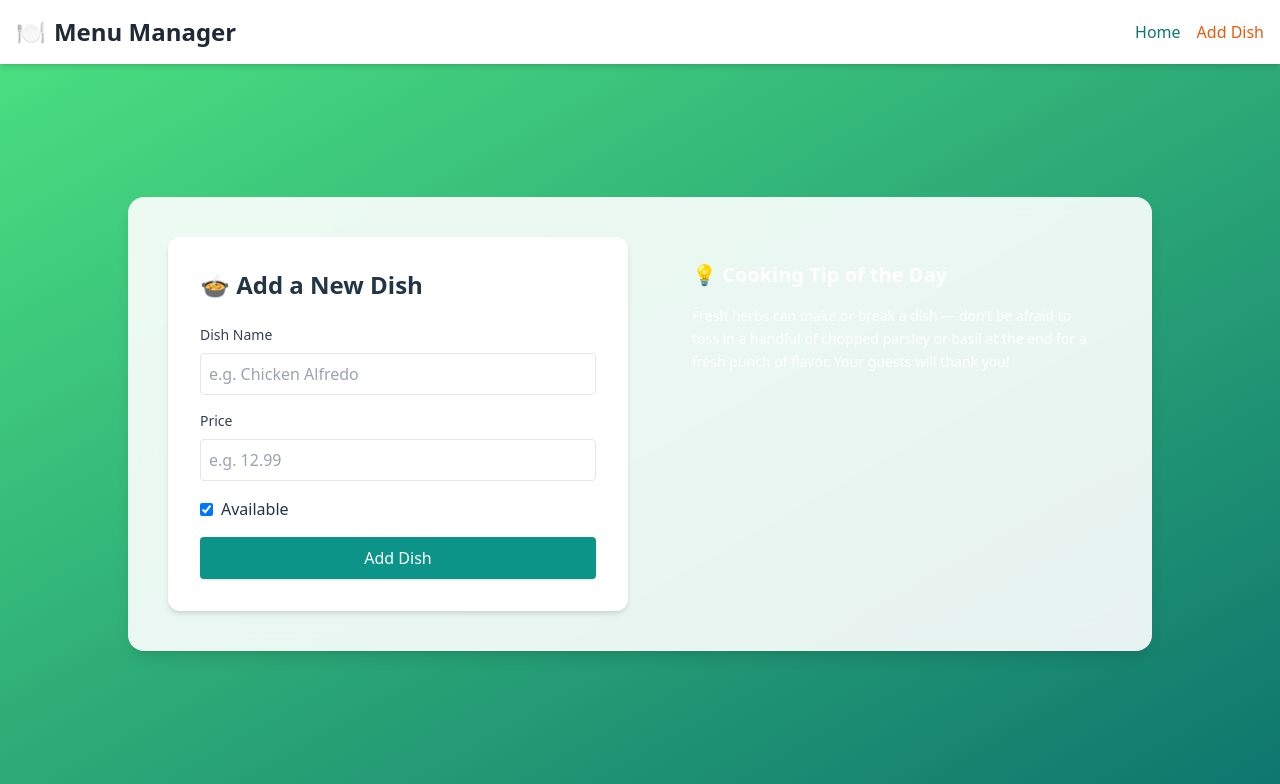
Repository: PEEZYBEE/react-hooks-phase-2-project
Page: /add (app in menu-manager/)
An editor plug-in stored every save of this project. The page is shown before and after a run of saves, followed by the edit.
The browser window is 1280 px wide. The pictures show the whole page.
The project was rebuilt for these pictures with package versions that can differ from the ones it lists, and the page was loaded fresh each time. Also part of the build but not shown: menu-manager/vite.config.js, menu-manager/src/components/Search.jsx, menu-manager/src/components/DishCard.jsx, menu-manager/src/components/DishList.jsx, menu-manager/src/pages/MenuPage.jsx, menu-manager/src/components/DishForm.jsx, menu-manager/src/pages/EditDishPage.jsx.

Above is the page before, as saved 2025-04-19 15:34:39.

### menu-manager/index.html
<!doctype html>
<html lang="en">
  <head>
    <meta charset="UTF-8" />
    <link rel="icon" type="image/svg+xml" href="/vite.svg" />
    <meta name="viewport" content="width=device-width, initial-scale=1.0" />
    <title>Menu Manager</title>
  </head>
  <body>
    <div id="root"></div>
    <script type="module" src="/src/main.jsx"></script>
  </body>
</html>

### menu-manager/src/App.jsx
import { BrowserRouter as Router, Routes, Route } from "react-router-dom";
import Header from "./components/Header";
import MenuPage from "./pages/MenuPage";
import AddDishPage from "./pages/AddDishPage";
import EditDishPage from "./pages/EditDishPage";

function App() {
  return (
    <Router>
      <Header />
      <main>
        <Routes>
          <Route path="/" element={<MenuPage />} />
          <Route path="/add" element={<AddDishPage />} />
          <Route path="/edit/:id" element={<EditDishPage />} />
        </Routes>
      </main>
    </Router>
  );
}

export default App;

### menu-manager/src/index.css
@tailwind base;
@tailwind components;
@tailwind utilities;

:root {
  font-family: system-ui, Avenir, Helvetica, Arial, sans-serif;
  line-height: 1.5;
  font-weight: 400;

  color-scheme: light dark;
  color: rgba(255, 255, 255, 0.87);


  font-synthesis: none;
  text-rendering: optimizeLegibility;
  -webkit-font-smoothing: antialiased;
  -moz-osx-font-smoothing: grayscale;
}

a {
  font-weight: 500;
  color: #646cff;
  text-decoration: inherit;
}
a:hover {
  color: #535bf2;
}

body {
  margin: 0;
  min-width: 320px;
  min-height: 100vh;
  font-family: inherit;
  background-color: inherit;
}


h1 {
  font-size: 3.2em;
  line-height: 1.1;
}

button {
  border-radius: 8px;
  border: 1px solid transparent;
  padding: 0.6em 1.2em;
  font-size: 1em;
  font-weight: 500;
  font-family: inherit;
  background-color: #1a1a1a;
  cursor: pointer;
  transition: border-color 0.25s;
}
button:hover {
  border-color: #646cff;
}
button:focus,
button:focus-visible {
  outline: 4px auto -webkit-focus-ring-color;
}

@media (prefers-color-scheme: light) {
  :root {
    color: #213547;
    background-color: #ffffff;
  }
  a:hover {
    color: #747bff;
  }
  button {
    background-color: #f9f9f9;
  }
}

### menu-manager/src/components/Header.jsx
import { Link } from "react-router-dom";

function Header() {
  return (
    <header className="bg-white p-4 shadow-md sticky top-0 z-50">
      <div className="max-w-7xl mx-auto flex justify-between items-center">
        {/* Title */}
        <h1 className="text-2xl font-extrabold text-gray-800 flex items-center gap-2">
          🍽️ <span>Menu Manager</span>
        </h1>

        {/* Nav Links */}
        <nav className="space-x-4">
          <Link to="/" className="text-teal-700 font-medium hover:underline">
            Home
          </Link>
          <Link to="/add" className="text-orange-600 font-medium hover:underline">
            Add Dish
          </Link>
        </nav>
      </div>
    </header>
  );
}

export default Header;

### menu-manager/src/pages/AddDishPage.jsx
import { useState } from "react";
import { useNavigate } from "react-router-dom";

function AddDishPage() {
  const [name, setName] = useState("");
  const [price, setPrice] = useState("");
  const [available, setAvailable] = useState(true);
  const navigate = useNavigate();

  function handleSubmit(e) {
    e.preventDefault();
    const newDish = { name, price: parseFloat(price), available };

    fetch("http://localhost:3001/dishes", {
      method: "POST",
      headers: { "Content-Type": "application/json" },
      body: JSON.stringify(newDish),
    })
      .then((res) => res.json())
      .then(() => navigate("/"));
  }

  return (
    <div className="min-h-screen bg-gradient-to-br from-green-400 to-teal-700 flex items-center justify-center p-6">
      <div className="bg-white bg-opacity-90 backdrop-blur-md rounded-2xl shadow-lg p-10 w-full max-w-5xl flex flex-col md:flex-row items-center md:items-start gap-10">
        {/* Form Section */}
        <form
          onSubmit={handleSubmit}
          className="flex-1 bg-white p-8 rounded-xl shadow-md"
        >
          <h2 className="text-2xl font-bold mb-6 flex items-center gap-2">
            🍲 Add a New Dish
          </h2>

          <label className="block mb-2 text-sm font-medium text-gray-700">
            Dish Name
          </label>
          <input
            type="text"
            placeholder="e.g. Chicken Alfredo"
            value={name}
            onChange={(e) => setName(e.target.value)}
            className="w-full p-2 mb-4 border rounded focus:outline-none focus:ring-2 focus:ring-teal-500"
            required
          />

          <label className="block mb-2 text-sm font-medium text-gray-700">
            Price
          </label>
          <input
            type="number"
            step="0.01"
            placeholder="e.g. 12.99"
            value={price}
            onChange={(e) => setPrice(e.target.value)}
            className="w-full p-2 mb-4 border rounded focus:outline-none focus:ring-2 focus:ring-teal-500"
            required
          />

          <label className="inline-flex items-center mb-4">
            <input
              type="checkbox"
              checked={available}
              onChange={(e) => setAvailable(e.target.checked)}
              className="mr-2"
            />
            Available
          </label>

          <button
            type="submit"
            className="w-full bg-teal-600 hover:bg-teal-700 text-white py-2 px-4 rounded shadow"
          >
            Add Dish
          </button>
        </form>

        {/* Side Content */}
        <div className="hidden md:block flex-1 text-white p-6">
          <h3 className="text-xl font-semibold mb-4">
            💡 Cooking Tip of the Day
          </h3>
          <p className="text-sm leading-relaxed">
            Fresh herbs can make or break a dish — don’t be afraid to toss in a handful of chopped parsley or basil at the end for a fresh punch of flavor. Your guests will thank you!
          </p>
        </div>
      </div>
    </div>
  );
}

export default AddDishPage;

### menu-manager/tailwind.config.js
/** @type {import('tailwindcss').Config} */
export default {
  content: [
    "./index.html",
    "./src/**/*.{js,ts,jsx,tsx}",
  ],
  theme: {
    extend: {
      keyframes: {
        wobble: {
          '0%, 100%': { transform: 'translateX(0)' },
          '15%': { transform: 'translateX(-25%) rotate(-5deg)' },
          '30%': { transform: 'translateX(20%) rotate(3deg)' },
          '45%': { transform: 'translateX(-15%) rotate(-3deg)' },
          '60%': { transform: 'translateX(10%) rotate(2deg)' },
          '75%': { transform: 'translateX(-5%) rotate(-1deg)' },
        },
        fadeIn: {
          '0%': { opacity: '0' },
          '100%': { opacity: '1' },
        }
      },
      animation: {
        'wobble': 'wobble 1s ease-in-out',
        'fade-in': 'fadeIn 1s ease-in-out forwards',
      }
    },
  },
  plugins: [],
}

Loaded but not shown: menu-manager/src/main.jsx (common file)

After the next 2 saves:
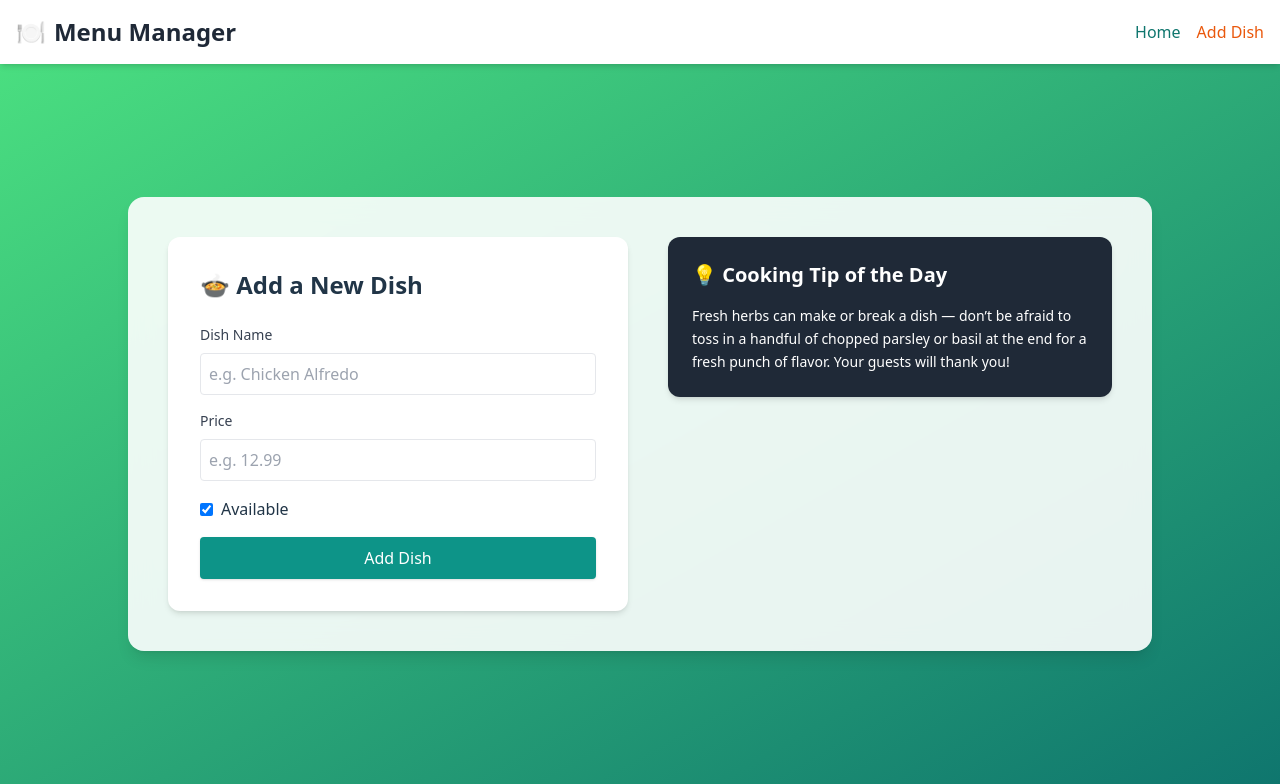
The 2 saves are shown as one change because they came seconds apart.
The last was saved 47 s later.
--- a/menu-manager/src/pages/AddDishPage.jsx
+++ b/menu-manager/src/pages/AddDishPage.jsx
@@ -76,12 +76,14 @@ function AddDishPage() {
         </form>
 
         {/* Side Content */}
-        <div className="hidden md:block flex-1 text-white p-6">
+        <div className="hidden md:block flex-1 bg-gray-800 text-white p-6 rounded-xl shadow-md">
           <h3 className="text-xl font-semibold mb-4">
             💡 Cooking Tip of the Day
           </h3>
           <p className="text-sm leading-relaxed">
-            Fresh herbs can make or break a dish — don’t be afraid to toss in a handful of chopped parsley or basil at the end for a fresh punch of flavor. Your guests will thank you!
+            Fresh herbs can make or break a dish — don’t be afraid to toss in a
+            handful of chopped parsley or basil at the end for a fresh punch of
+            flavor. Your guests will thank you!
           </p>
         </div>
       </div>
